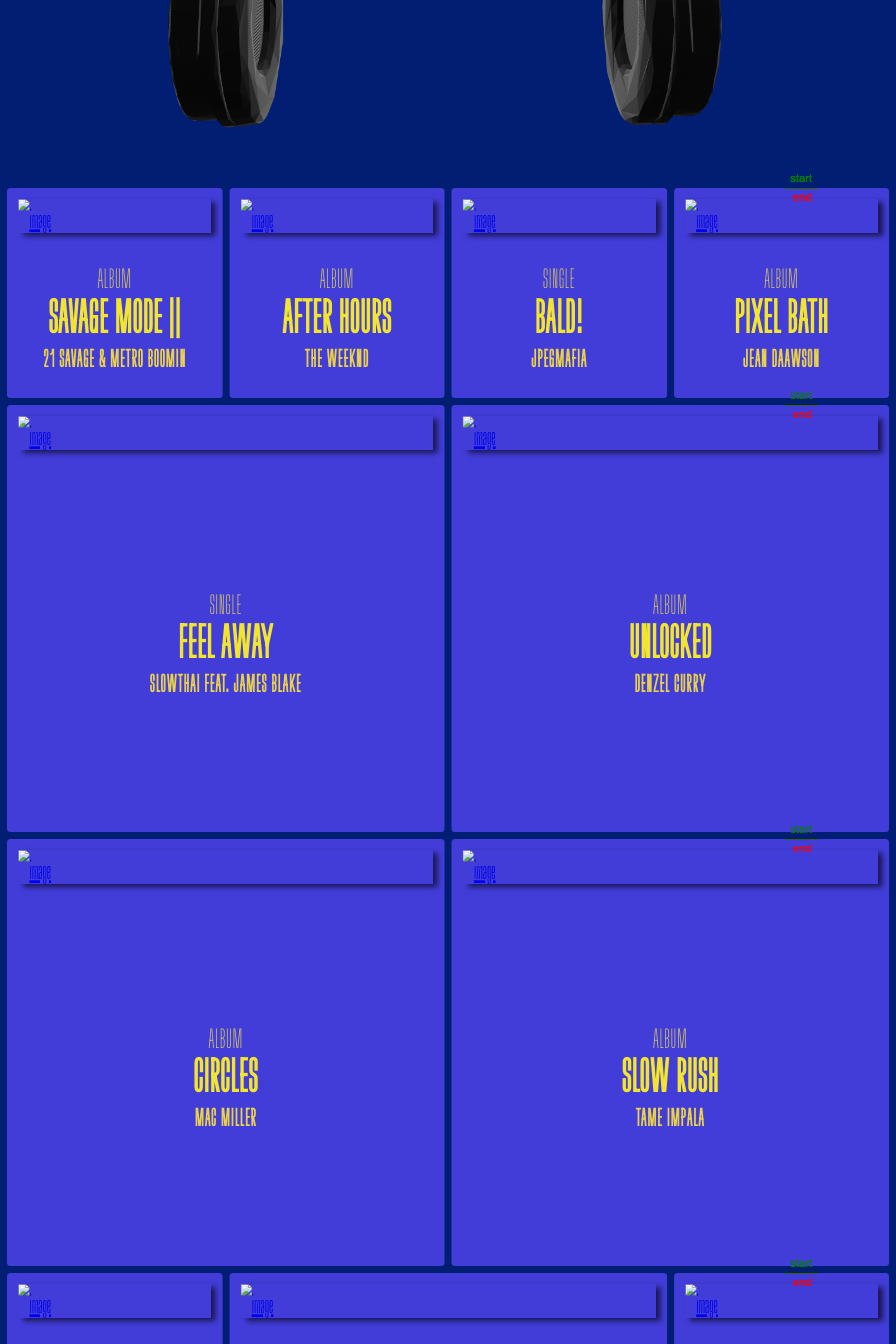
Repository: Spreceriany/musicly2020
Page: /
The author's editor kept a copy of each file at every save. The page is drawn from the files as they stood at one save, then again after the next save.
The browser window is 1280 px wide. The pictures show the part of the page from y = 491 to 2411 px (the page is 6055 px tall before and 6056 px after), at 70% of full size.
Backgrounds fixed to the window are drawn as part of the page. Some web libraries are served in a nearby version. The project was rebuilt for these pictures with package versions that can differ from the ones it lists, and the page was loaded fresh each time.

Above is the page before, as saved 2021-01-18 15:51:50.
Console error: ReferenceError: Blazy is not defined

After the next save:
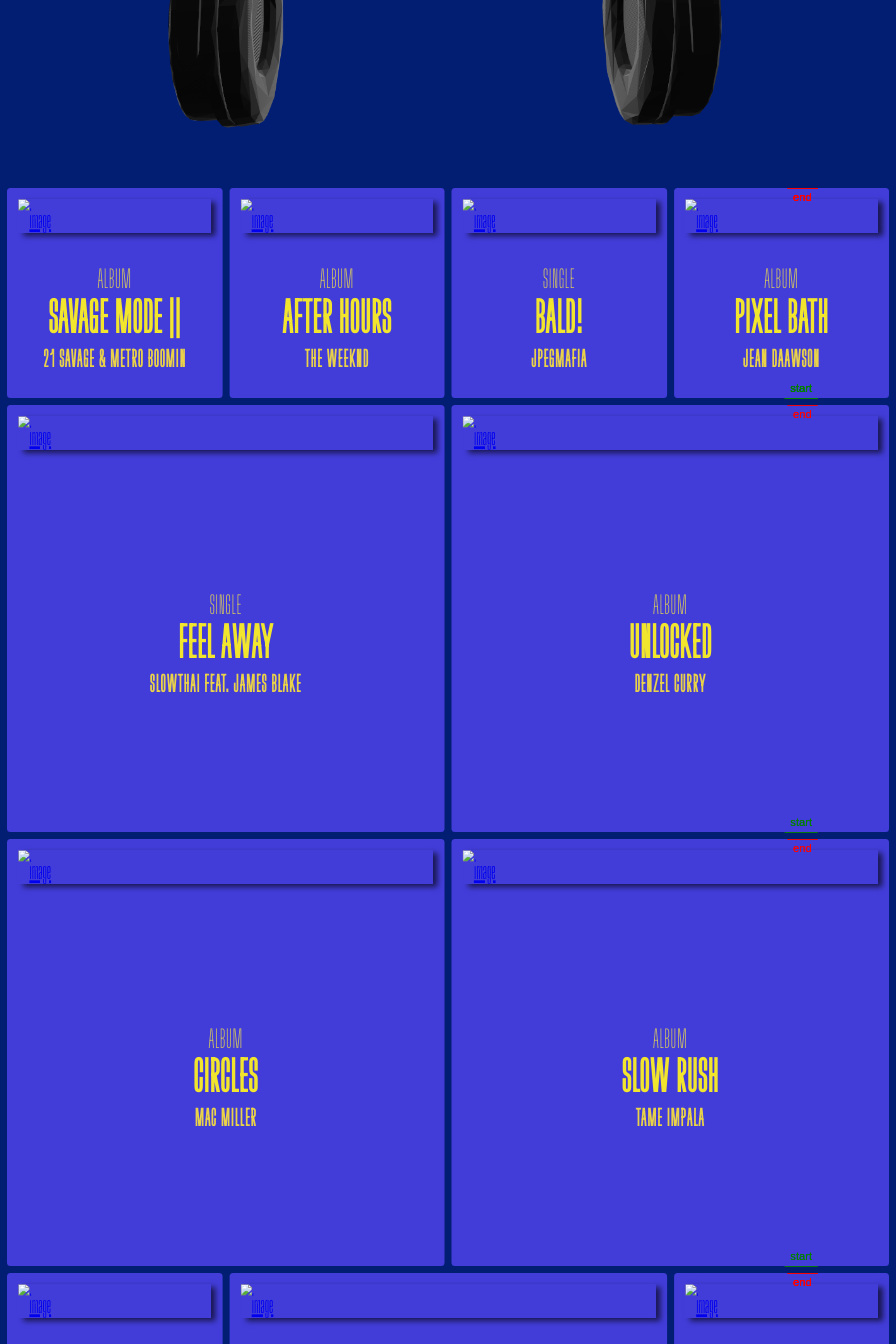
Saved 77 s later.
--- a/js/main.js
+++ b/js/main.js
@@ -2,7 +2,7 @@
 gsap.registerPlugin(ScrollTrigger);
 
 ScrollTrigger.batch(".grid-item", {
-  start: "top 50%",
+  start: "bottom 50%",
   end:"top 0%",
   markers:true,
   onEnter: (batch) =>
